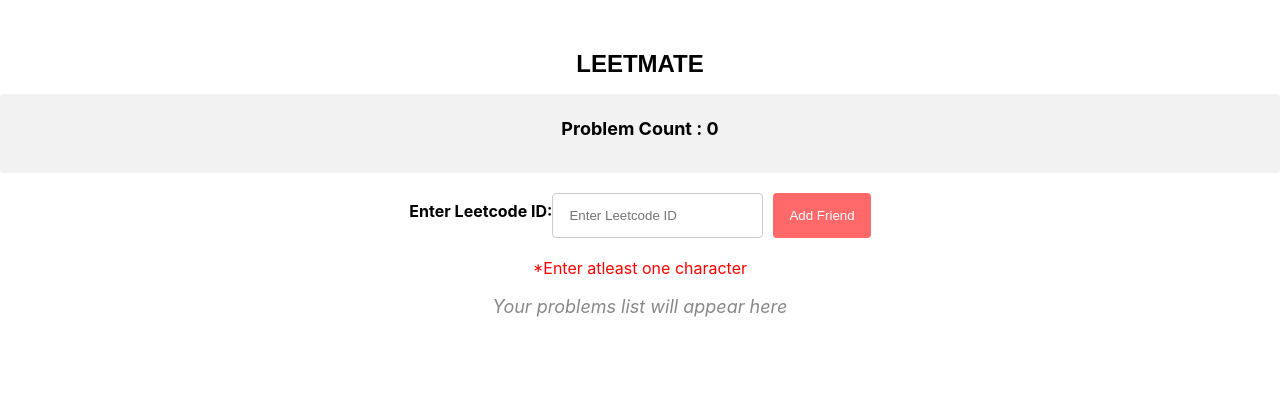
Repository: Sanketh149/leetcode-discord
Page: /
An editor plug-in stored every save of this project. The page is shown before and after the next save, followed by the edit.
The browser window is 1280 px wide. The pictures show the whole page.
The project was rebuilt for these pictures with package versions that can differ from the ones it lists, and the page was loaded fresh each time. Also part of the build but not shown: src/Modal.module.css, src/Modal.js, src/Cart.module.css, src/Cart.js.

Above is the page before, as saved 2023-06-21 18:29:52.

### public/index.html
<!DOCTYPE html>
<html lang="en">
  <head>
    <meta charset="utf-8" />
    <link rel="icon" href="%PUBLIC_URL%/favicon.ico" />
    <meta name="viewport" content="width=device-width, initial-scale=1" />
    <meta name="theme-color" content="#000000" />
    <meta
      name="description"
      content="Web site created using create-react-app"
    />
    <link rel="apple-touch-icon" href="%PUBLIC_URL%/logo192.png" />
    <!--
      manifest.json provides metadata used when your web app is installed on a
      user's mobile device or desktop. See https://developers.google.com/web/fundamentals/web-app-manifest/
    -->
    <link rel="manifest" href="%PUBLIC_URL%/manifest.json" />
    <!--
      Notice the use of %PUBLIC_URL% in the tags above.
      It will be replaced with the URL of the `public` folder during the build.
      Only files inside the `public` folder can be referenced from the HTML.

      Unlike "/favicon.ico" or "favicon.ico", "%PUBLIC_URL%/favicon.ico" will
      work correctly both with client-side routing and a non-root public URL.
      Learn how to configure a non-root public URL by running `npm run build`.
    -->
    <title>LeetMate</title>
  </head>
  <body>
    <noscript>You need to enable JavaScript to run this app.</noscript>
    <div id="root"></div>
    <div id="overlays"></div>
    <!--
      This HTML file is a template.
      If you open it directly in the browser, you will see an empty page.

      You can add webfonts, meta tags, or analytics to this file.
      The build step will place the bundled scripts into the <body> tag.

      To begin the development, run `npm start` or `yarn start`.
      To create a production bundle, use `npm run build` or `yarn build`.
    -->
  </body>
</html>

### src/App.js
import React, { useState } from "react";
import "./App.css";
import Cart from "./Cart";
const API_ENDPOINT = "/graphql";
const App = () => {
  const [username, setUsername] = useState("");
  const [user, setUser] = useState([]);
  const [leetId, setLeetId] = useState([]);
  const displayTitle = (item, titleSlug) => {
    const exisitingTitles = user.map((innerArray) => innerArray[0]);
    const exisitingSlugs = user.map((innerArray) => innerArray[1]);
    const uniqueTitles = [...new Set([...exisitingTitles, ...item])];
    const uniqueSlugs = [...new Set([...exisitingSlugs, ...titleSlug])];
    // const uniquePairs = uniqueTitles.map((name, index) => ({
    //   name,
    //   link: uniqueSlugs[index],
    // }));
    const uniquePairs = [];
    for (let i = 0; i < uniqueSlugs.length; i++) {
      const temp = [uniqueTitles[i], uniqueSlugs[i]];
      uniquePairs.push(temp);
    }
    setUser((prevState) => {
      return uniquePairs;
    });
  };

  const handleFormSubmit = async (event) => {
    event.preventDefault();

    const query = `
      {
        recentAcSubmissionList(username: "${username}") {
          id
          title
          titleSlug
        }
      }
    `;

    const url = `${API_ENDPOINT}?query=${encodeURIComponent(query)}`;

    fetch(url)
      .then((response) => response.json())
      .then((result) => {
        const titles = result.data.recentAcSubmissionList.map(
          (submission) => submission.title
        );
        const titleslugs = result.data.recentAcSubmissionList.map(
          (submission) => submission.titleSlug
        );
        displayTitle(titles, titleslugs);
        if (username.length >= 0 && !leetId.includes(username)) {
          setLeetId((prevState) => [...prevState, username]);
        }
        setUsername("");
      })
      .catch((error) => {
        setCartIsShown(true);
      });
  };

  const handleSubmit = (event) => {
    event.preventDefault();
    handleFormSubmit(event);
    // if (username.length >= 0 && !leetId.includes(username)) {
    //   setLeetId((prevState) => [...prevState, username]);
    // }
    // setUsername("");
  };
  const [cartIsShown, setCartIsShown] = useState(false);
  const showCartHandler = () => {
    setCartIsShown(true);
  };
  const hideCartHandler = () => {
    setCartIsShown(false);
    setUsername("");
  };
  const isSubmitDisabled = username.trim().length === 0;
  return (
    <div className="app">
      {cartIsShown && <Cart onClose={hideCartHandler} shownName={username} />}
      <h1 className="app__title">LEETMATE</h1>
      <div className="problemCountCard">
        {" "}
        <p className="problemCount">Problem Count : {user.length}</p>
      </div>
      <form onSubmit={handleSubmit} className="app__form">
        <label htmlFor="username" className="app__label">
          Enter Leetcode ID:
        </label>
        <input
          type="text"
          value={username}
          onChange={(event) => setUsername(event.target.value)}
          placeholder="Enter Leetcode ID"
          className="app__input"
        />
        <button
          type="submit"
          className={`${
            isSubmitDisabled === true ? "app__button_disabled" : "app__button"
          }`}
          disabled={isSubmitDisabled}
        >
          Add Friend
        </button>
      </form>
      {isSubmitDisabled === true && (
        <div style={{ display: "block" }} className="errorShow">
          {" "}
          *Enter atleast one character
        </div>
      )}
      {leetId.map((item) => (
        <a href={`https://leetcode.com/${item}`} target="_blank">
          <button className="displayNameButton">{item}</button>
        </a>
      ))}
      {user.length > 0 && (
        <div>
          <b>
            {" "}
            Provided below are the links to the problems solved by above users
          </b>
        </div>
      )}
      {user.length > 0 ? (
        <ul className="app__list">
          {user.map((item) => (
            <li className="app__item">
              <a
                href={`https://leetcode.com/problems/${item[1]}`}
                target="_blank"
              >
                {item[0]}
              </a>
            </li>
          ))}
        </ul>
      ) : (
        <p className="app__message">Your problems list will appear here</p>
      )}
    </div>
  );
};

export default App;

### src/App.css
.app {
  text-align: center;
  margin-top: 50px;
}

.app__title {
  font-family: Arial, Helvetica, sans-serif;
  font-size: 24px;
}

.app__form {
  display: flex;
  justify-content: center;
  margin-bottom: 20px;
  margin-top: 20px;
}

.app__input {
  padding: 8px 16px;
  margin-right: 10px;
  border-radius: 4px;
  border: 1px solid #ccc;
}

.app__button {
  padding: 8px 16px;
  border-radius: 4px;
  background-color: #007bff;
  color: #fff;
  border: none;
  cursor: pointer;
}

.app__button_disabled {
  padding: 8px 16px;
  border-radius: 4px;
  background-color: #ff6969;
  color: #fff;
  border: none;
  cursor: pointer;
}

.app__list {
  list-style: none;
  padding-left: 0;
  margin-bottom: 20px;
}

.app__item {
  font-size: 18px;
  margin-bottom: 10px;
}

.app__message {
  font-size: 18px;
  font-style: italic;
  color: #888;
}

.app__list a {
  color: #007bff; /* Set the color for regular links */
  text-decoration: none; /* Remove underline for links */
}

.app__list a:visited {
  color: #007bff; /* Set the color for visited links */
}

.errorShow {
  color: red;
}

.displayNameButton {
  background-color: #f2f2f2;
  border: 1px solid black;
  border-radius: 4px;
  padding: 8px 12px;
  font-size: 14px;
  cursor: pointer;
  margin: 1rem;
}
.displayNameButton:hover {
  background-color: #e0e0e0;
}
.problemCountCard {
  background-color: #f2f2f2;
  padding: 16px;
  margin-top: 16px;
  border-radius: 4px;
}
.problemCount {
  font-size: large;
  font-weight: bold;
  margin-top: 8px;
}
.app__label {
  display: block;
  margin-bottom: 8px;
  font-weight: bold;
  line-height: 2.3;
}

Loaded but not shown: src/index.js (common file); src/index.css (common file); src/reportWebVitals.js (common file)

After the next save:
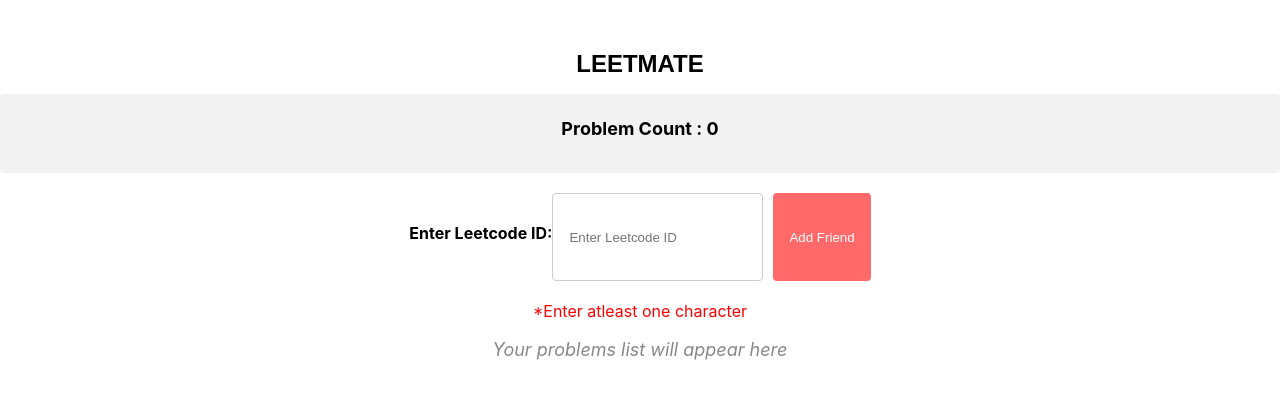
Saved 8 s later.
--- a/src/App.css
+++ b/src/App.css
@@ -97,5 +97,5 @@
   display: block;
   margin-bottom: 8px;
   font-weight: bold;
-  line-height: 2.3;
+  line-height: 5;
 }
